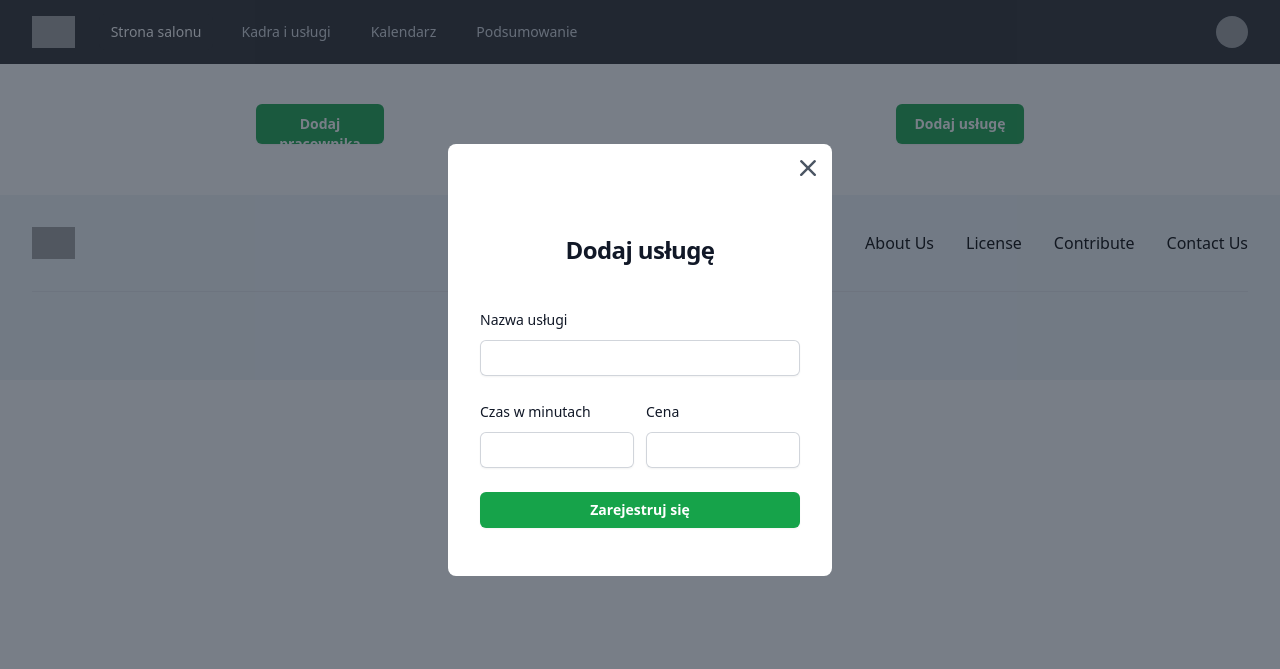
Repository: PrzemyslawJura/my-app
Page: /pracownicy (app in frontend/), after clicking the first element matching `div.gap-x-6 > :nth-child(2)`
An editor plug-in stored every save of this project. The page is shown before and after the next save, followed by the edit.
The browser window is 1280 px wide. The pictures show the whole page.
Pictures or frames that could not be fetched are drawn as grey boxes. The page's requests for data from a server got no answer. The project was rebuilt for these pictures with package versions that can differ from the ones it lists, and the page was loaded fresh each time. No one was signed in, and anything a server would have sent is missing. Also part of the build but not shown: frontend/src/components/Location.jsx, frontend/src/home/Feature.jsx, frontend/src/shared_np_buttony_inputy_kalendarze_itp/PaginationTile.jsx, frontend/src/home/Pagination.jsx, frontend/src/home/Listbox.jsx, frontend/src/home/StepOne.jsx, frontend/src/home/StepTwo.jsx, frontend/src/home/SalonOffer.jsx and 22 more.

Above is the page before, as saved 2023-11-24 18:48:05.

After the next save:
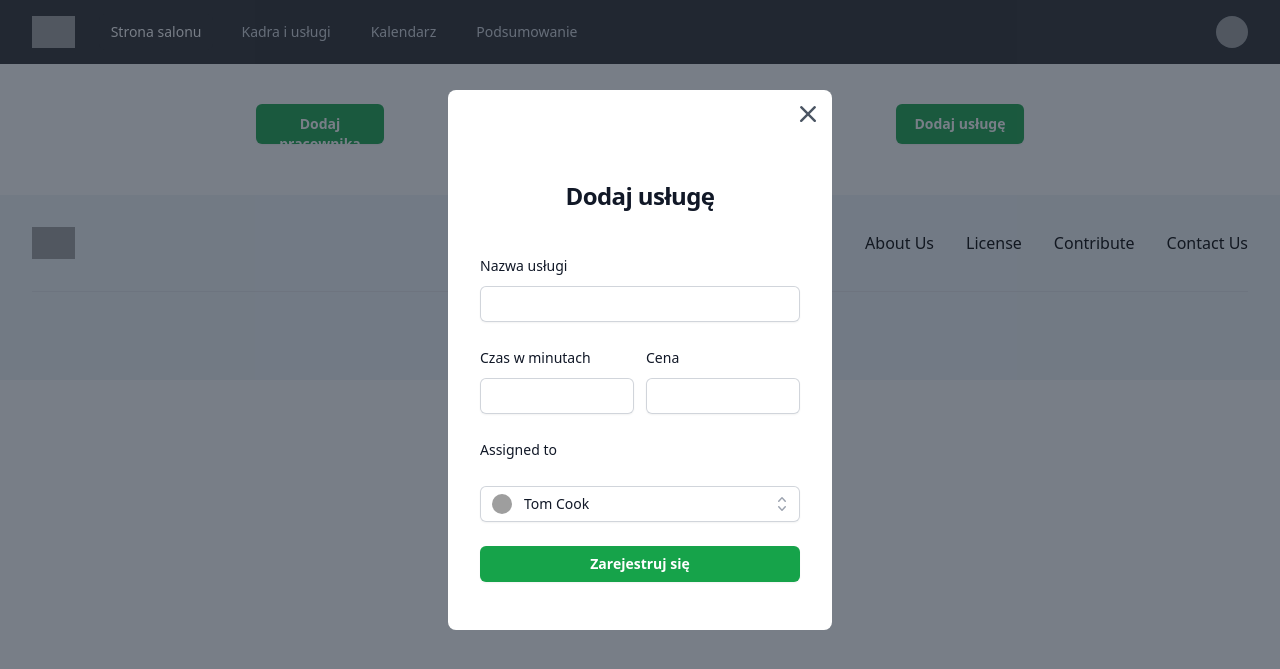
Saved 31 s later.
--- a/frontend/src/biznes/AddService.jsx
+++ b/frontend/src/biznes/AddService.jsx
@@ -127,6 +127,8 @@ const AddService = ({ setIsShown }) => {
                 </div>
               </div>
 
+              <SelectMenu/>
+
               <span id='ErrorValidation' className='text-sm text-red-600 hidden'>Podano nie właściwe dane</span>
               <span id='SuccesfullyValidation' className='text-sm text-green-600 hidden'>Pomyślnie utworzono konto salonu</span>
 
